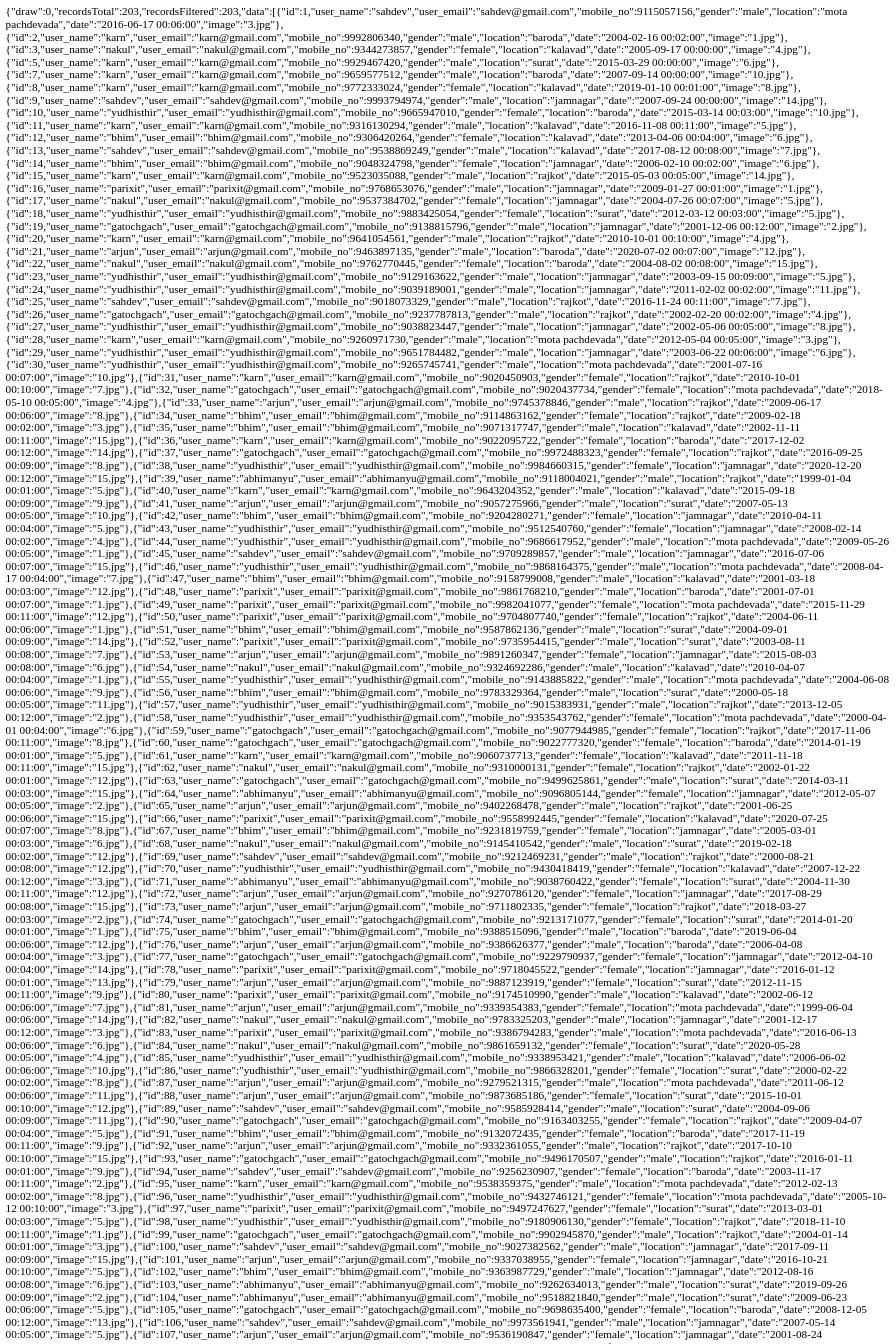
Repository: yatharth-vataliya/the-core-php-js
Page: http://localhost/get_users.php
These files come from the project's save history. The page is drawn as it stood at one moment and after the next save; the edit follows.
The browser window is 1280 px wide. The pictures show the part of the page from y = 0 to 1920 px (the page is 3724 px tall before and 4912 px after), at 70% of full size.
The page is run by PHP 8.4 with error messages shown; the project is at /var/www/html/. The database holds what the project's SQL file puts in it.

Above is the page before, as saved 2020-12-26 15:57:26.

After the next save:
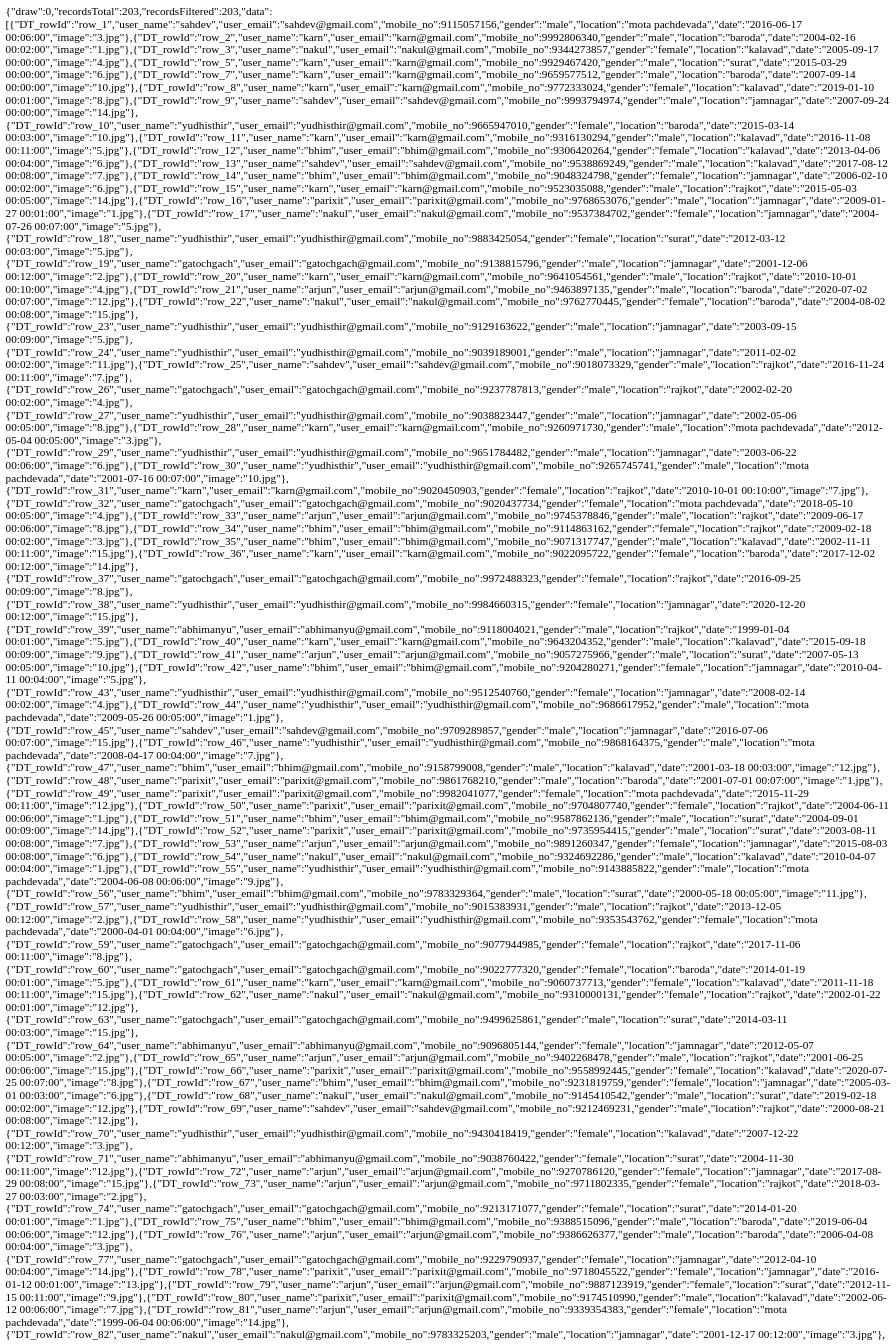
Saved 22 min 54 s later.
--- a/get_users.php
+++ b/get_users.php
@@ -45,7 +45,7 @@ $primaryKey = 'id';
 // parameter represents the DataTables column identifier. In this case simple
 // indexes
 $columns = array(
-	[ 'db' => 'id', 'dt' => 'id'],
+	[ 'db' => 'id', 'dt' => 'DT_rowId', 'formatter' => fn($d,$row) => 'row_'.$d ],
 	[ 'db' => 'user_name', 'dt' => 'user_name' ],
 	[ 'db' => 'user_email',  'dt' => 'user_email' ],
 	[ 'db' => 'mobile_no',   'dt' => 'mobile_no' ],
